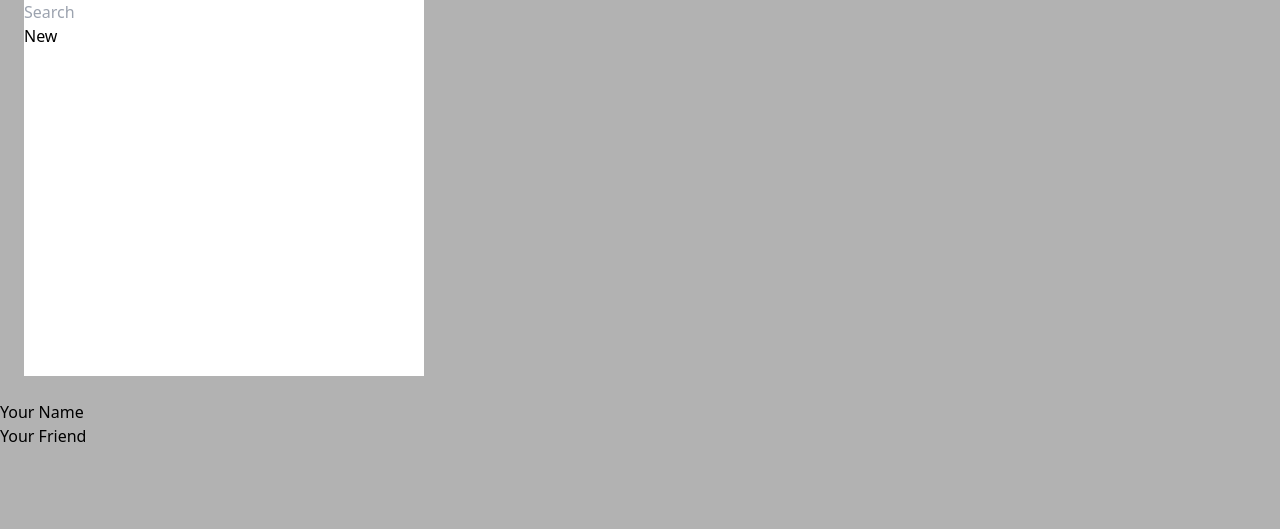
Repository: Teddy1705/demo_pj
Page: /
These files come from the project's save history. The page is drawn as it stood at one moment and after the next save; the edit follows.
The browser window is 1280 px wide. The pictures show the whole page.
The project was rebuilt for these pictures with package versions that can differ from the ones it lists, and the page was loaded fresh each time. Also part of the build but not shown: vite.config.js.

Above is the page before, as saved 2024-04-16 09:08:29.

### index.html
<!DOCTYPE html>
<html lang="en">
  <head>
    <meta charset="UTF-8" />
    <link rel="icon" type="image/svg+xml" href="/vite.svg" />
    <meta name="viewport" content="width=device-width, initial-scale=1.0" />
    <title>Tic Tac Toe</title>
    <link rel="stylesheet" href="./src/index.css" />
  </head>
  <body>
    <div id="root"></div>
    <script type="module" src="/src/main.jsx"></script>
  </body>
</html>

### src/index.css
:root {
  --white-color: #fff;
  --black-color: #000;
}

/*
1. Prevent padding and border from affecting element width. (https://github.com/mozdevs/cssremedy/issues/4)
2. Allow adding a border to an element by just adding a border-width. (https://github.com/tailwindcss/tailwindcss/pull/116)
*/

*,
::before,
::after {
  box-sizing: border-box;
  /* 1 */
  border-width: 0;
  /* 2 */
  border-style: solid;
  /* 2 */
  border-color: #e5e7eb;
  /* 2 */
}

::before,
::after {
  --tw-content: "";
}

/*
1. Use a consistent sensible line-height in all browsers.
2. Prevent adjustments of font size after orientation changes in iOS.
3. Use a more readable tab size.
4. Use the user's configured `sans` font-family by default.
5. Use the user's configured `sans` font-feature-settings by default.
6. Use the user's configured `sans` font-variation-settings by default.
7. Disable tap highlights on iOS
*/

html,
:host {
  line-height: 1.5;
  /* 1 */
  -webkit-text-size-adjust: 100%;
  /* 2 */
  -moz-tab-size: 4;
  /* 3 */
  -o-tab-size: 4;
  tab-size: 4;
  /* 3 */
  font-family: ui-sans-serif, system-ui, sans-serif, "Apple Color Emoji",
    "Segoe UI Emoji", "Segoe UI Symbol", "Noto Color Emoji";
  /* 4 */
  font-feature-settings: normal;
  /* 5 */
  font-variation-settings: normal;
  /* 6 */
  -webkit-tap-highlight-color: transparent;
  /* 7 */
}

/*
1. Remove the margin in all browsers.
2. Inherit line-height from `html` so users can set them as a class directly on the `html` element.
*/

body {
  margin: 0;
  /* 1 */
  line-height: inherit;
  /* 2 */
}

/*
1. Add the correct height in Firefox.
2. Correct the inheritance of border color in Firefox. (https://bugzilla.mozilla.org/show_bug.cgi?id=190655)
3. Ensure horizontal rules are visible by default.
*/

hr {
  height: 0;
  /* 1 */
  color: inherit;
  /* 2 */
  border-top-width: 1px;
  /* 3 */
}

/*
Add the correct text decoration in Chrome, Edge, and Safari.
*/

abbr:where([title]) {
  -webkit-text-decoration: underline dotted;
  text-decoration: underline dotted;
}

/*
Remove the default font size and weight for headings.
*/

h1,
h2,
h3,
h4,
h5,
h6 {
  font-size: inherit;
  font-weight: inherit;
}

/*
Reset links to optimize for opt-in styling instead of opt-out.
*/

a {
  color: inherit;
  text-decoration: inherit;
}

/*
Add the correct font weight in Edge and Safari.
*/

b,
strong {
  font-weight: bolder;
}

/*
1. Use the user's configured `mono` font-family by default.
2. Use the user's configured `mono` font-feature-settings by default.
3. Use the user's configured `mono` font-variation-settings by default.
4. Correct the odd `em` font sizing in all browsers.
*/

code,
kbd,
samp,
pre {
  font-family: ui-monospace, SFMono-Regular, Menlo, Monaco, Consolas,
    "Liberation Mono", "Courier New", monospace;
  /* 1 */
  font-feature-settings: normal;
  /* 2 */
  font-variation-settings: normal;
  /* 3 */
  font-size: 1em;
  /* 4 */
}

/*
Add the correct font size in all browsers.
*/

small {
  font-size: 80%;
}

/*
Prevent `sub` and `sup` elements from affecting the line height in all browsers.
*/

sub,
sup {
  font-size: 75%;
  line-height: 0;
  position: relative;
  vertical-align: baseline;
}

sub {
  bottom: -0.25em;
}

sup {
  top: -0.5em;
}

/*
1. Remove text indentation from table contents in Chrome and Safari. (https://bugs.chromium.org/p/chromium/issues/detail?id=999088, https://bugs.webkit.org/show_bug.cgi?id=201297)
2. Correct table border color inheritance in all Chrome and Safari. (https://bugs.chromium.org/p/chromium/issues/detail?id=935729, https://bugs.webkit.org/show_bug.cgi?id=195016)
3. Remove gaps between table borders by default.
*/

table {
  text-indent: 0;
  /* 1 */
  border-color: inherit;
  /* 2 */
  border-collapse: collapse;
  /* 3 */
}

/*
1. Change the font styles in all browsers.
2. Remove the margin in Firefox and Safari.
3. Remove default padding in all browsers.
*/

button,
input,
optgroup,
select,
textarea {
  font-family: inherit;
  /* 1 */
  font-feature-settings: inherit;
  /* 1 */
  font-variation-settings: inherit;
  /* 1 */
  font-size: 100%;
  /* 1 */
  font-weight: inherit;
  /* 1 */
  line-height: inherit;
  /* 1 */
  letter-spacing: inherit;
  /* 1 */
  color: inherit;
  /* 1 */
  margin: 0;
  /* 2 */
  padding: 0;
  /* 3 */
}

/*
Remove the inheritance of text transform in Edge and Firefox.
*/

button,
select {
  text-transform: none;
}

/*
1. Correct the inability to style clickable types in iOS and Safari.
2. Remove default button styles.
*/

button,
input:where([type="button"]),
input:where([type="reset"]),
input:where([type="submit"]) {
  -webkit-appearance: button;
  /* 1 */
  background-color: transparent;
  /* 2 */
  background-image: none;
  /* 2 */
}

/*
Use the modern Firefox focus style for all focusable elements.
*/

:-moz-focusring {
  outline: auto;
}

/*
Remove the additional `:invalid` styles in Firefox. (https://github.com/mozilla/gecko-dev/blob/2f9eacd9d3d995c937b4251a5557d95d494c9be1/layout/style/res/forms.css#L728-L737)
*/

:-moz-ui-invalid {
  box-shadow: none;
}

/*
Add the correct vertical alignment in Chrome and Firefox.
*/

progress {
  vertical-align: baseline;
}

/*
Correct the cursor style of increment and decrement buttons in Safari.
*/

::-webkit-inner-spin-button,
::-webkit-outer-spin-button {
  height: auto;
}

/*
1. Correct the odd appearance in Chrome and Safari.
2. Correct the outline style in Safari.
*/

[type="search"] {
  -webkit-appearance: textfield;
  /* 1 */
  outline-offset: -2px;
  /* 2 */
}

/*
Remove the inner padding in Chrome and Safari on macOS.
*/

::-webkit-search-decoration {
  -webkit-appearance: none;
}

/*
1. Correct the inability to style clickable types in iOS and Safari.
2. Change font properties to `inherit` in Safari.
*/

::-webkit-file-upload-button {
  -webkit-appearance: button;
  /* 1 */
  font: inherit;
  /* 2 */
}

/*
Add the correct display in Chrome and Safari.
*/

summary {
  display: list-item;
}

/*
Removes the default spacing and border for appropriate elements.
*/

blockquote,
dl,
dd,
h1,
h2,
h3,
h4,
h5,
h6,
hr,
figure,
p,
pre {
  margin: 0;
}

fieldset {
  margin: 0;
  padding: 0;
}

legend {
  padding: 0;
}

ol,
ul,
menu {
  list-style: none;
  margin: 0;
  padding: 0;
}

/*
Reset default styling for dialogs.
*/

dialog {
  padding: 0;
}

/*
Prevent resizing textareas horizontally by default.
*/

textarea {
  resize: vertical;
}

/*
1. Reset the default placeholder opacity in Firefox. (https://github.com/tailwindlabs/tailwindcss/issues/3300)
2. Set the default placeholder color to the user's configured gray 400 color.
*/

input::-moz-placeholder,
textarea::-moz-placeholder {
  opacity: 1;
  /* 1 */
  color: #9ca3af;
  /* 2 */
}

input::placeholder,
textarea::placeholder {
  opacity: 1;
  /* 1 */
  color: #9ca3af;
  /* 2 */
}

/*
Set the default cursor for buttons.
*/

button,
[role="button"] {
  cursor: pointer;
}

/*
Make sure disabled buttons don't get the pointer cursor.
*/

:disabled {
  cursor: default;
}

/*
1. Make replaced elements `display: block` by default. (https://github.com/mozdevs/cssremedy/issues/14)
2. Add `vertical-align: middle` to align replaced elements more sensibly by default. (https://github.com/jensimmons/cssremedy/issues/14#issuecomment-634934210)
   This can trigger a poorly considered lint error in some tools but is included by design.
*/

img,
svg,
video,
canvas,
audio,
iframe,
embed,
object {
  display: block;
  /* 1 */
  vertical-align: middle;
  /* 2 */
}

/*
Constrain images and videos to the parent width and preserve their intrinsic aspect ratio. (https://github.com/mozdevs/cssremedy/issues/14)
*/

img,
video {
  max-width: 100%;
  height: auto;
}

/* Make elements with the HTML hidden attribute stay hidden by default */

[hidden] {
  display: none;
}

*,
::before,
::after {
  --tw-border-spacing-x: 0;
  --tw-border-spacing-y: 0;
  --tw-translate-x: 0;
  --tw-translate-y: 0;
  --tw-rotate: 0;
  --tw-skew-x: 0;
  --tw-skew-y: 0;
  --tw-scale-x: 1;
  --tw-scale-y: 1;
  --tw-pan-x: ;
  --tw-pan-y: ;
  --tw-pinch-zoom: ;
  --tw-scroll-snap-strictness: proximity;
  --tw-gradient-from-position: ;
  --tw-gradient-via-position: ;
  --tw-gradient-to-position: ;
  --tw-ordinal: ;
  --tw-slashed-zero: ;
  --tw-numeric-figure: ;
  --tw-numeric-spacing: ;
  --tw-numeric-fraction: ;
  --tw-ring-inset: ;
  --tw-ring-offset-width: 0px;
  --tw-ring-offset-color: #fff;
  --tw-ring-color: rgb(59 130 246 / 0.5);
  --tw-ring-offset-shadow: 0 0 #0000;
  --tw-ring-shadow: 0 0 #0000;
  --tw-shadow: 0 0 #0000;
  --tw-shadow-colored: 0 0 #0000;
  --tw-blur: ;
  --tw-brightness: ;
  --tw-contrast: ;
  --tw-grayscale: ;
  --tw-hue-rotate: ;
  --tw-invert: ;
  --tw-saturate: ;
  --tw-sepia: ;
  --tw-drop-shadow: ;
  --tw-backdrop-blur: ;
  --tw-backdrop-brightness: ;
  --tw-backdrop-contrast: ;
  --tw-backdrop-grayscale: ;
  --tw-backdrop-hue-rotate: ;
  --tw-backdrop-invert: ;
  --tw-backdrop-opacity: ;
  --tw-backdrop-saturate: ;
  --tw-backdrop-sepia: ;
  --tw-contain-size: ;
  --tw-contain-layout: ;
  --tw-contain-paint: ;
  --tw-contain-style: ;
}

::backdrop {
  --tw-border-spacing-x: 0;
  --tw-border-spacing-y: 0;
  --tw-translate-x: 0;
  --tw-translate-y: 0;
  --tw-rotate: 0;
  --tw-skew-x: 0;
  --tw-skew-y: 0;
  --tw-scale-x: 1;
  --tw-scale-y: 1;
  --tw-pan-x: ;
  --tw-pan-y: ;
  --tw-pinch-zoom: ;
  --tw-scroll-snap-strictness: proximity;
  --tw-gradient-from-position: ;
  --tw-gradient-via-position: ;
  --tw-gradient-to-position: ;
  --tw-ordinal: ;
  --tw-slashed-zero: ;
  --tw-numeric-figure: ;
  --tw-numeric-spacing: ;
  --tw-numeric-fraction: ;
  --tw-ring-inset: ;
  --tw-ring-offset-width: 0px;
  --tw-ring-offset-color: #fff;
  --tw-ring-color: rgb(59 130 246 / 0.5);
  --tw-ring-offset-shadow: 0 0 #0000;
  --tw-ring-shadow: 0 0 #0000;
  --tw-shadow: 0 0 #0000;
  --tw-shadow-colored: 0 0 #0000;
  --tw-blur: ;
  --tw-brightness: ;
  --tw-contrast: ;
  --tw-grayscale: ;
  --tw-hue-rotate: ;
  --tw-invert: ;
  --tw-saturate: ;
  --tw-sepia: ;
  --tw-drop-shadow: ;
  --tw-backdrop-blur: ;
  --tw-backdrop-brightness: ;
  --tw-backdrop-contrast: ;
  --tw-backdrop-grayscale: ;
  --tw-backdrop-hue-rotate: ;
  --tw-backdrop-invert: ;
  --tw-backdrop-opacity: ;
  --tw-backdrop-saturate: ;
  --tw-backdrop-sepia: ;
  --tw-contain-size: ;
  --tw-contain-layout: ;
  --tw-contain-paint: ;
  --tw-contain-style: ;
}

#modal {
  position: fixed;
  top: 0;
  right: 0;
  bottom: 0;
  left: 0;
}

#modal .modal__overlay {
  position: absolute;
  width: 100%;
  height: 100%;
  background-color: rgba(0, 0, 0, 0.3);
}

#modal .modal__body {
  position: relative;
  background-color: var(--white-color);
  margin: -24px 24px 24px 24px;
  width: 400px;
  height: 400px;
}

### src/main.jsx
import React from "react";
import ReactDOM from "react-dom/client";
import App from "./App.jsx";
import { createBrowserRouter, RouterProvider } from "react-router-dom";
import Root from "./routes/root";
import "./index.css";

const router = createBrowserRouter([
  {
    path: "/",
    element: <Root />,
  },
]);

ReactDOM.createRoot(document.getElementById("root")).render(
  <React.StrictMode>
    <RouterProvider router={router} />
    <App />
  </React.StrictMode>
);

### src/routes/root.jsx
export default function Root() {
  return (
    <>
      <div id="modal">
        <div className="modal__overlay"></div>
        <div className="modal__body">
          <h1>Login to play</h1>
          <form id="search-form" role="search">
            <input
              id="q"
              aria-label="Search contacts"
              placeholder="Search"
              type="search"
              name="q"
            />
            <div id="search-spinner" aria-hidden hidden={true} />
            <div className="sr-only" aria-live="polite"></div>
          </form>
          <form method="post">
            <button type="submit">New</button>
          </form>
        </div>
        <nav>
          <ul>
            <li>
              <a
                href={`https://codesandbox.io/s/q2z497?file=%2Fsrc%2FApp.js&utm_medium=sandpack`}
              >
                Your Name
              </a>
            </li>
            <li>
              <a href={`/contacts/2`}>Your Friend</a>
            </li>
          </ul>
        </nav>
      </div>
      <div id="detail"></div>
    </>
  );
}

Loaded but not shown: src/App.jsx (common file)

After the next save:
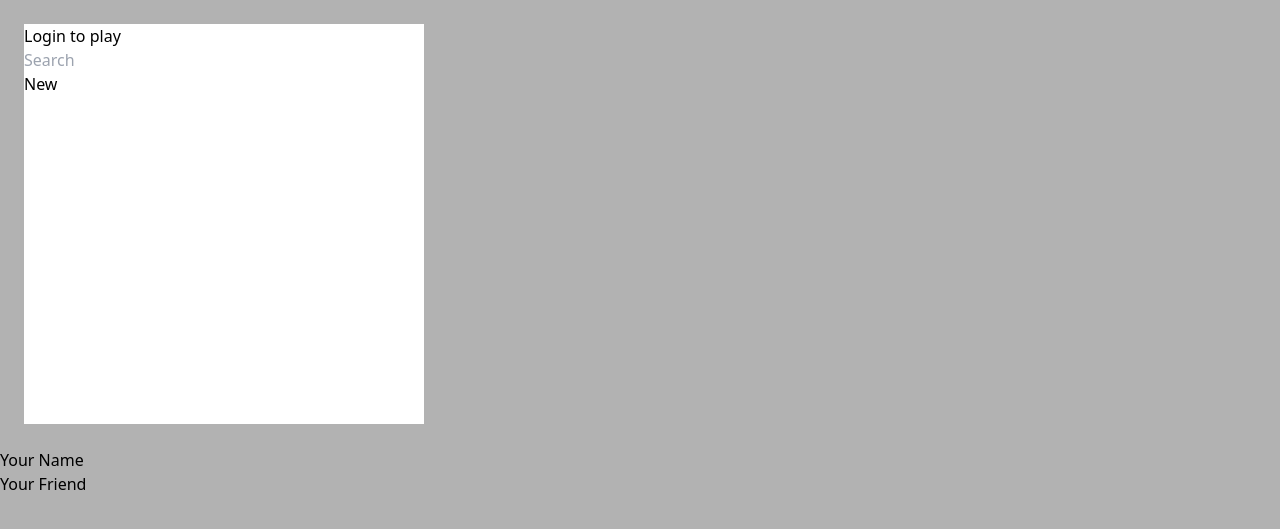
Saved 14 s later.
--- a/src/index.css
+++ b/src/index.css
@@ -578,7 +578,7 @@ video {
 #modal .modal__body {
   position: relative;
   background-color: var(--white-color);
-  margin: -24px 24px 24px 24px;
+  margin: 24px 24px;
   width: 400px;
   height: 400px;
 }
